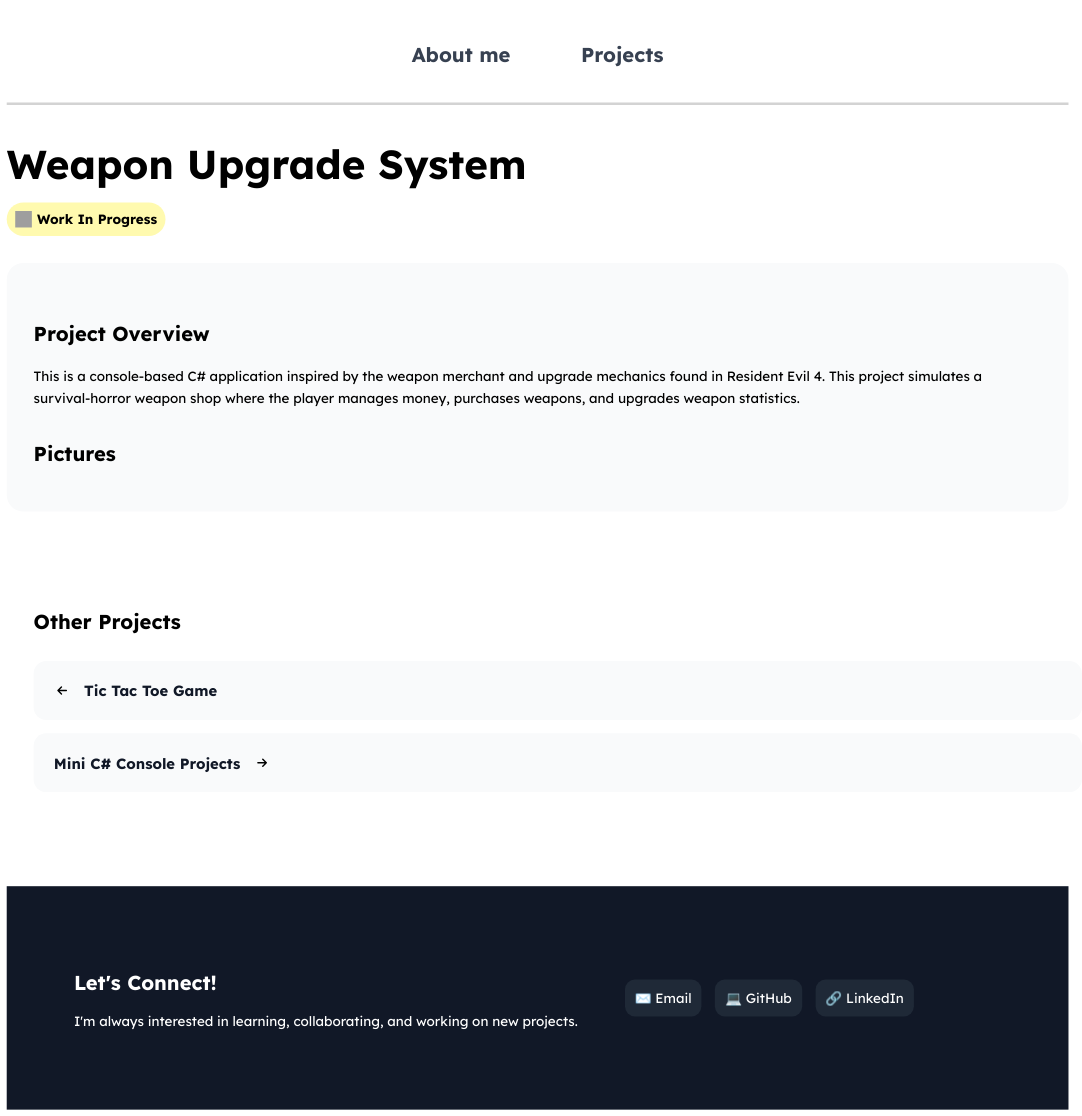
Repository: perrybalaba/perrybalaba
Page: pages/weapon-upgrade.html
An editor plug-in stored every save of this project. The page is shown before and after the next save, followed by the edit.
The browser window is 1280 px wide. The page is 1288 px wide, then 1280 px, so the pictures cover 1288 px, including what lies to the right of the window. The pictures show the whole page, at 84% of full size.
Pictures or frames that could not be fetched are drawn as grey boxes.

Above is the page before, as saved 2026-05-14 18:41:10.

### pages/weapon-upgrade.html
<!DOCTYPE html>
<html lang="en">
<head>
    <meta charset="UTF-8">
    <meta name="viewport" content="width=device-width, initial-scale=1.0">
    <title> Perry's Portfolio </title>
    <link rel="stylesheet" href="../styles/projects.css"/>
    <link rel="stylesheet" href="../styles/globals.css"/>
</head>
<body>
    <main>
        <!-- NAVIGATION BAR -->
        <nav class="Nav-Bar">
            <ul>
                <li><a href="../index.html"> About me </a></li>
                <li><a href="../pages/weapon-upgrade.html"> Projects </a></li>
            </ul>
        </nav>
        <!-- INFO -->
        <div class="Project-Info">
            <div class="Project-Info-Container">
                <h2> Weapon Upgrade System </h2>
                <div class="Project-Stats">
                    <span class="Work-In-Progress">
                        <img src="../assets/images/clock-svgrepo-com.svg" alt="in progress"/>
                        Work In Progress
                    </span>
                </div>
                <div class="Project-Info-Card">
                    <h3> Project Overview </h3>
                        <p>
                            This is a console-based C# application inspired by the weapon merchant and upgrade mechanics
                            found in Resident Evil 4. This project simulates a survival-horror weapon shop where the player
                            manages money, purchases weapons, and upgrades weapon statistics.
                        </p>
                    <h3> Pictures </h3>
                </div>
            </div>

        </div>

        <!-- MORE PROJECTS -->
        <div class="Other-Projects">
            <h2> Other Projects </h2>
            <div class="Other-Projects-Container">
                <div class="Other-Projects-Card Left-Card">
                    <a href="./tic-tac-toe.html">
                    <img src="../assets/images/arrow-sm-left-svgrepo-com.svg">
                    Tic Tac Toe Game
                    </a>
                </div>

                <div class="Other-Projects-Card Right-Card">
                    <a href="./console-projects.html">
                        Mini C# Console Projects
                        <img src="../assets/images/arrow-sm-right-svgrepo-com.svg">
                    </a>
                </div>
            </div>
        </div>


        <!-- CONTACT -->
        <div class="Contact">
            <div class="Contact-Container">
                <div class="Contact-Text">
                    <h2> Let's Connect! </h2>
                    <p>
                        I'm always interested in learning, collaborating, and working on new projects.
                    </p>
                </div>

                <div class="Contact-Links">
                    <a href="mailto:balabaperry@gmail.com"> ✉️ Email</a>
                    <a href="https://github.com/perrybalaba"> 💻 GitHub </a>
                    <a href="https://www.linkedin.com/in/ann-karen-balaba-46b839387/"> 🔗 LinkedIn</a>
                </div>
            </div>
        </div>

    </main>
</body>
</html>

### styles/projects.css
/* NAVIGATION BAR */
.Nav-Bar {
    padding: 1rem;
    border-bottom: 3px solid lightgray;
}

nav ul {
    list-style: none;
    display: flex;
    justify-content: center;
    flex-wrap: wrap;
    gap: 2rem;
    padding: 0;
}

nav ul li a {
    display: block;
    text-align: center;
    padding: .75rem 1rem;
    text-decoration: none;
    color: #374151;
    font-weight: bold;
    padding: 10px;
    border-radius: 10px;
    font-size: 1rem;
    transition: 0.2s;
}

nav ul li a:hover {
    transform: scale(1.08);
    background-color: #f3f4f6;
    color: black;
}

/* PROJECT */
.Other-Projects {
    max-width: 1100px;
    margin: 0;
    padding: 2rem;
}

.Project-Info-Container h2 {
    font-size: 3rem;
    margin-bottom: 1rem;
}

.Project-Stats {
    display: flex;
    gap: 1rem;
    flex-wrap: wrap;
    margin-bottom: 2rem;
}

.Work-In-Progress {
    display: flex;
    align-items: center;
    gap: 6px;
    background-color: #fffaaf;
    padding: 10px;
    border-radius: 1000px;
    font-weight: bold;
}

.Work-In-Progress img {
    width: 20px;
    height: 20px;
}

.Project-Info-Card {
    background-color: #f9fafb;
    padding: 2rem;
    border-radius: 20px;
    line-height: 1.7;
}

.Project-Info-Card h3 {
    font-size: 1.5rem;
    margin-bottom: 1rem;
    margin-top: 2rem;
}

/* OTHER PROJECTS */
.Other-Projects {
    margin-top: 4rem;
    max-width: 1200px;
    padding: 2rem;
}

.Other-Projects-Container {
    display: flex;
    flex-direction: column;
    gap: 1rem;
    margin-top: 2rem;
}

.Other-Projects h2 {
    margin-bottom: 2rem;
}

.Other-Projects-Card {
    background-color: #f9fafb;
    padding: 1.5rem;
    border-radius: 15px;
    width: 100%;
    transition: 0.2s ease;
}

.Other-Projects-Card:hover {
    transform: translateY(-5px);
    background-color: #f3f4f6;
}

.Other-Projects-Card a {
    text-decoration: none;
    color: #111827;
    font-weight: bold;
    font-size: 1.1rem;
    display:flex;
    align-items: center;
    gap: 1rem;
}

.Other-Projects-Card img {
    width: 20px;
    height: 20px;
    transition: transform 0.2s ease;
}

.Left-Card:hover img {
    transform: translateX(-5px);
}

.Right-Card:hover img {
    transform: translateX(5px);
}

/* CONTACT */
.Contact {
    background-color: #111827;
    color: white;
    padding: 5rem;
    margin-top: 5rem;
}

.Contact-Container {
    display: flex;
    justify-content: space-between;
    align-items: center;
    max-width: 1000px;
    margin: 0;
    flex-wrap: wrap;
    gap: 2rem;
}

.Contact-Links {
    display: flex;
    gap: 1rem;
    flex-wrap: wrap;
}

.Contact-Links a {
    text-decoration: none;
    background-color: #1F2937;
    color: white;
    padding: 12px;
    border-radius: 12px;
    transition: 0.2s ease;
}

.Contact-Links a:hover {
    background-color: #374151;
    transform: scale(1.03);
}

### styles/globals.css
/* FONTS */
@font-face {
    font-family: "NotoSans";
    src: url(../assets/fonts/Noto_Sans/NotoSans-VariableFont_wdth\,wght.ttf);
}

@font-face {
    font-family: "Lexend";
    src: url(../assets/fonts/Lexend_Deca\,Noto_Sans/Lexend_Deca/LexendDeca-VariableFont_wght.ttf);
}

.Home-Header {
    font-family: "NotoSans";
}

.Nav-Bar {
    font-family: "Lexend";
}

main {
    font-family: "Lexend";
}

/* TABLET DESIGN */
@media (min-width: 768px) {
    /* NAVIGATION BAR */
    nav ul li a {
        font-size: 1.3rem;
    }

    /* HEADER */
    .Home-Header {
        font-size: 2.2rem;
    }

    /* ABOUT ME */
    .Info {
        flex-direction: row;
        justify-content: center;
        align-items: center;
        gap: 2rem;
        padding: 2rem;
    }

    .Description {
        width: 60%;
        max-width: 600px;
    }

    .Info img {
        max-width: 300px;
        width: 40%;
    }

    /* SKILLS */
    .Skill-Card {
        width: 260px;
    }

    .Skill-Icons img {
        width: 50px;
        height: 50px;
    }
}

/* DESKTOP */
@media (min-width: 1024px) {

    /* NAVIGATION */
    nav ul {
        gap: 4rem;
    }

    nav ul li a {
        font-size: 1.5rem;
    }

    /* ABOUT ME */
    .Info {
        gap: 5rem;
        padding: 4rem;
        justify-content: center;
        flex-direction: row;
        align-items: center;
    }

    .Description {
        max-width: 650px;
        font-size: 1.2rem;
        display: flex;
        flex-direction: column;
        align-items: center;
        justify-content: center;
        gap: 1rem;
    }

    .Info img {
        max-width: 500px;
    }

    .Home-Header {
        font-size: 4rem;
    }

    /* SKILLS */
    .Skill-Container {
        gap: 3rem;
    }

    .Skill-Card {
        width: 280px;
    }

    .Skill-Icons img {
        width: 80px;
        height: 80px;
    }

    /* SKILLS */
    .Projects-Container {
        display: flex;
        flex-direction: column;
        align-items: center;
    }

    .Project-Card {
        width: 100%;
        max-width: 850px;
        margin: 0 auto;
    }
}

After the next save:
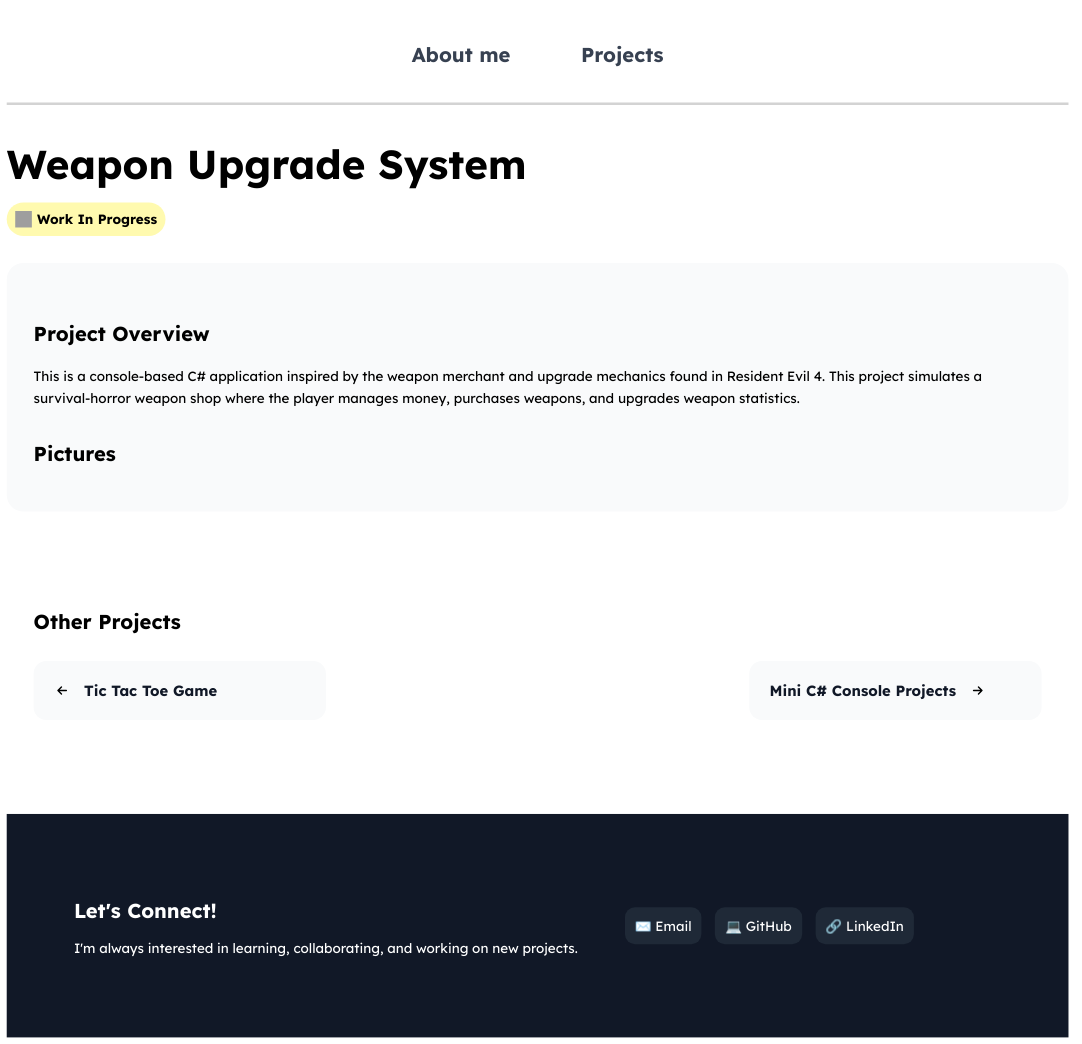
Saved 112 s later.
--- a/styles/globals.css
+++ b/styles/globals.css
@@ -60,6 +60,17 @@ main {
     .Skill-Icons img {
         width: 50px;
         height: 50px;
+    }
+
+    /* OTHER PROJECTS */
+    .Other-Projects-Container {
+        flex-direction: row;
+        justify-content: space-between;
+        align-items: center;
+    }
+
+    .Other-Projects-Card {
+        width: 300px;
     }
 }
 
